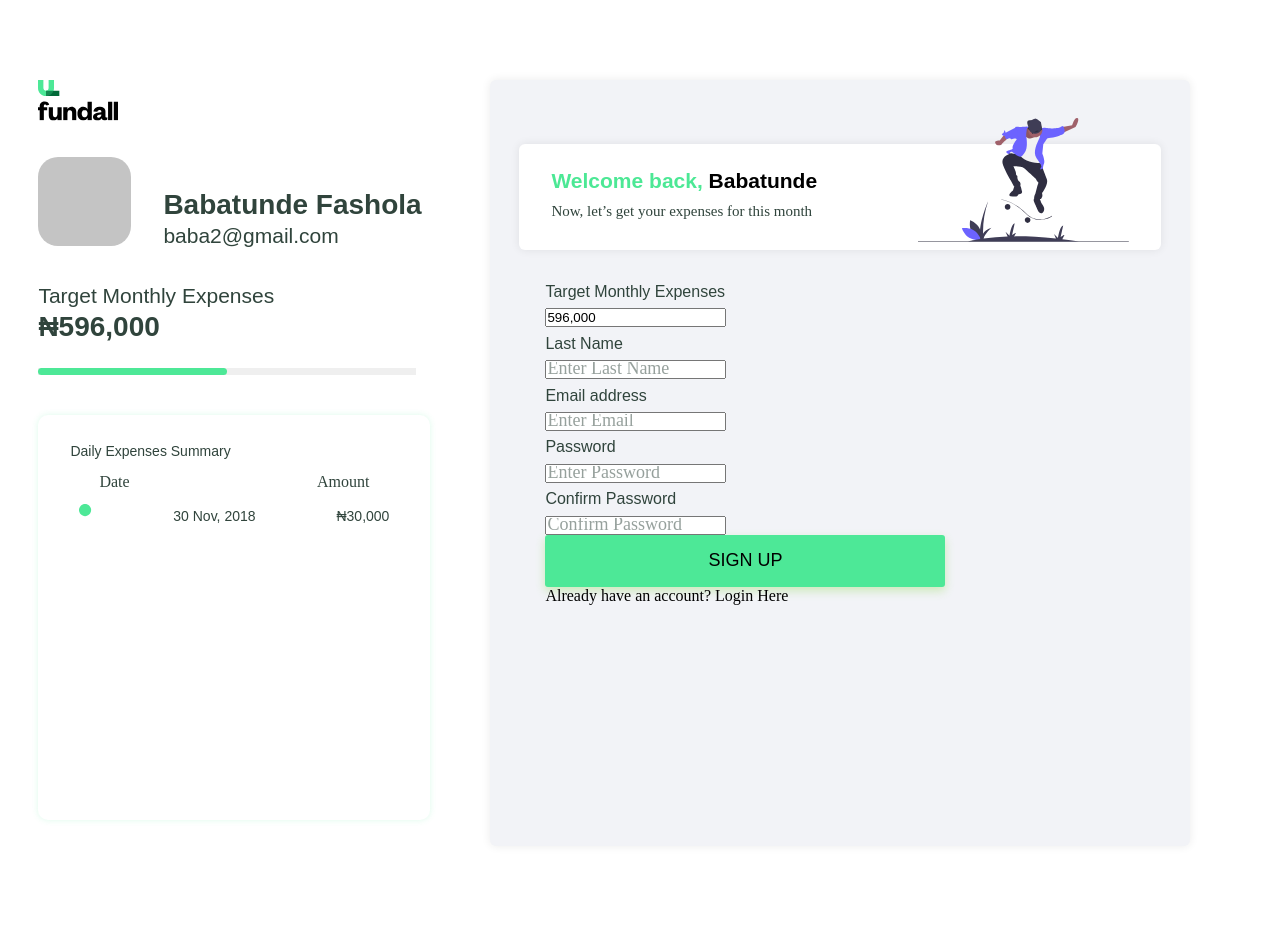
Repository: nilesjamex/niffty
Page: /dashboard
These files come from the project's save history. The page is drawn as it stood at one moment and after the next save; the edit follows.
The browser window is 1280 px wide. The pictures show the whole page.
The project was rebuilt for these pictures with package versions that can differ from the ones it lists, and the page was loaded fresh each time. Also part of the build but not shown: src/components/Nav.vue, src/views/Home.vue, src/views/SignUp.vue, src/views/Login.vue.

Above is the page before, as saved 2022-04-17 09:50:52.

After the next save:
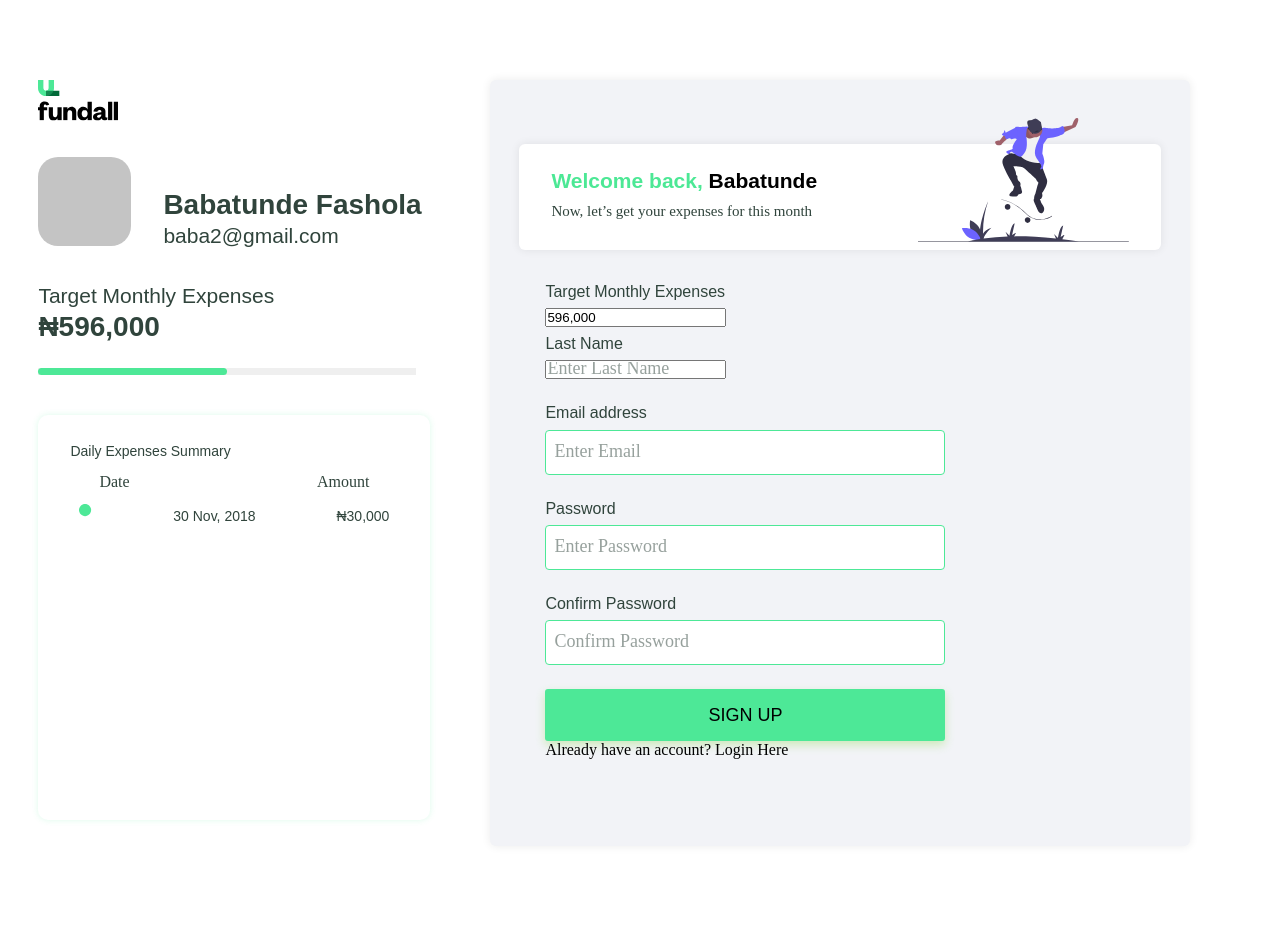
Saved 2 min 17 s later.
--- a/src/views/Dashboard.vue
+++ b/src/views/Dashboard.vue
@@ -268,4 +268,16 @@ label {
 ::placeholder {
     @include placeholder;
 }
+.signup--form--input {
+    margin: 1.5rem 0;
+    input {
+    width: 400px;
+    height: 45px;
+    background: #FFFFFF;
+    border: 1px solid #4DE897;
+    box-sizing: border-box;
+    border-radius: 4px;
+    padding: 0.5rem;
+    }
+}
 </style>
